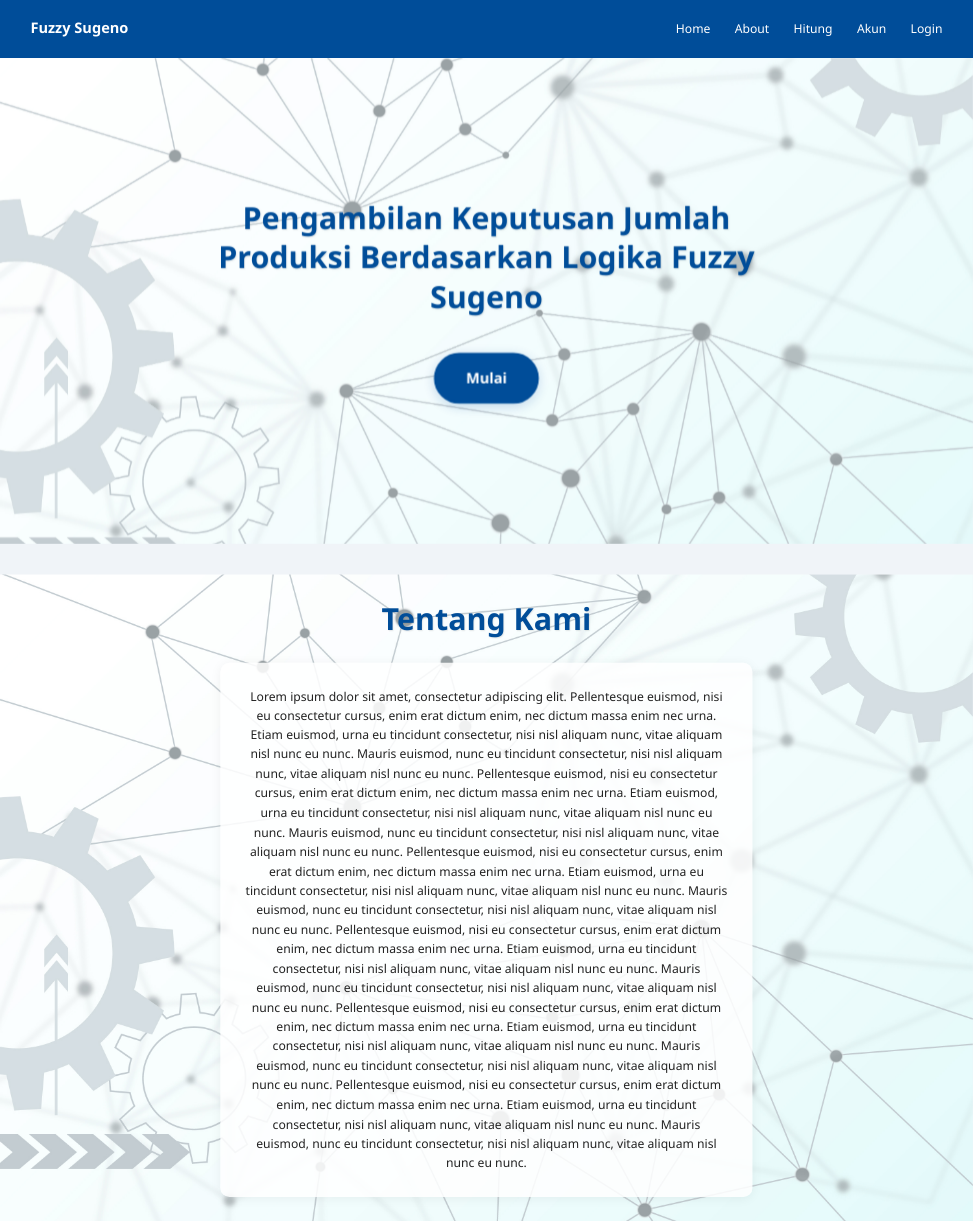
Repository: Senicccc/Defuzzy-Sugeno
Page: http://localhost/
The author's editor kept a copy of each file at every save. The page is drawn from the files as they stood at one save, then again after the next save.
The browser window is 1280 px wide. The pictures show the whole page, at 76% of full size.
The page is run by PHP 8.4 with error messages shown; the project is at /var/www/html/.

Above is the page before, as saved 2025-06-08 11:11:46.

### index.php
<!DOCTYPE html>
<html lang="id">

<head>
    <meta charset="UTF-8" />
    <meta name="viewport" content="width=device-width, initial-scale=1.0" />
    <title>Fuzzy Sugeno - Produksi</title>
    <link rel="icon" href="img/favicon.png" type="image/png">
    <link rel="stylesheet" href="css/index.css">
</head>

<body>

    <?php
    require_once 'php/header-index.php';
    ?>

    <section class="hero" style="background: url('img/menu-bg.jpg') center center/cover no-repeat;">
        <h1>Pengambilan Keputusan Jumlah Produksi Berdasarkan Logika Fuzzy Sugeno</h1>
        <a href="php/form.php" class="start-button">Mulai</a>
    </section>

    <section class="hero"
        style="background: url('img/menu-bg.jpg') center center/cover no-repeat; min-height:unset; margin-top:40px;">
        <h1>Tentang Kami</h1>
        <div
            style="max-width: 700px; margin: 0 auto; background: rgba(255,255,255,0.85); border-radius: 12px; padding: 2rem; color: #222; box-shadow: 0 2px 16px rgba(0,0,0,0.06);">
            <p>
                Lorem ipsum dolor sit amet, consectetur adipiscing elit. Pellentesque euismod, nisi eu consectetur
                cursus, enim erat dictum enim, nec dictum massa enim nec urna. Etiam euismod, urna eu tincidunt
                consectetur, nisi nisl aliquam nunc, vitae aliquam nisl nunc eu nunc. Mauris euismod, nunc eu tincidunt
                consectetur, nisi nisl aliquam nunc, vitae aliquam nisl nunc eu nunc. Pellentesque euismod, nisi eu
                consectetur cursus, enim erat dictum enim, nec dictum massa enim nec urna. Etiam euismod, urna eu
                tincidunt consectetur, nisi nisl aliquam nunc, vitae aliquam nisl nunc eu nunc. Mauris euismod, nunc eu
                tincidunt consectetur, nisi nisl aliquam nunc, vitae aliquam nisl nunc eu nunc. Pellentesque euismod,
                nisi eu consectetur cursus, enim erat dictum enim, nec dictum massa enim nec urna. Etiam euismod, urna
                eu tincidunt consectetur, nisi nisl aliquam nunc, vitae aliquam nisl nunc eu nunc. Mauris euismod, nunc
                eu tincidunt consectetur, nisi nisl aliquam nunc, vitae aliquam nisl nunc eu nunc. Pellentesque euismod,
                nisi eu consectetur cursus, enim erat dictum enim, nec dictum massa enim nec urna. Etiam euismod, urna
                eu tincidunt consectetur, nisi nisl aliquam nunc, vitae aliquam nisl nunc eu nunc. Mauris euismod, nunc
                eu tincidunt consectetur, nisi nisl aliquam nunc, vitae aliquam nisl nunc eu nunc. Pellentesque euismod,
                nisi eu consectetur cursus, enim erat dictum enim, nec dictum massa enim nec urna. Etiam euismod, urna
                eu tincidunt consectetur, nisi nisl aliquam nunc, vitae aliquam nisl nunc eu nunc. Mauris euismod, nunc
                eu tincidunt consectetur, nisi nisl aliquam nunc, vitae aliquam nisl nunc eu nunc. Pellentesque euismod,
                nisi eu consectetur cursus, enim erat dictum enim, nec dictum massa enim nec urna. Etiam euismod, urna
                eu tincidunt consectetur, nisi nisl aliquam nunc, vitae aliquam nisl nunc eu nunc. Mauris euismod, nunc
                eu tincidunt consectetur, nisi nisl aliquam nunc, vitae aliquam nisl nunc eu nunc.
            </p>
        </div>
    </section>

</body>

</html>

### php/header-index.php
<!DOCTYPE html>
<html lang="id">

<head>
    <meta charset="UTF-8" />
    <meta name="viewport" content="width=device-width, initial-scale=1.0" />
    <title>Fuzzy Sugeno - Produksi</title>
    <link rel="stylesheet" href="https://cdnjs.cloudflare.com/ajax/libs/font-awesome/6.0.0/css/all.min.css">

    <style>
    * {
        margin: 0;
        padding: 0;
        box-sizing: border-box;
        font-family: 'Segoe UI', Tahoma, Geneva, Verdana, sans-serif;
    }

    body {
        background: #f0f4f8;
        color: #333;
    }

    nav {
        background-color: #004d99;
        position: sticky;
        top: 0;
        z-index: 1000;
        padding: 1.4rem 2.4rem;
    }

    .nav-container {
        display: flex;
        justify-content: space-between;
        align-items: center;
        max-width: 1200px;
        margin: 0 auto;
        flex-wrap: wrap;
    }

    .logo {
        color: white;
        font-weight: 800;
        font-size: larger;
    }

    .nav-links {
        display: flex;
        gap: 2rem;
    }

    .nav-links a {
        text-decoration: none;
        color: white;
        font-weight: 500;
        font-size: 1rem;
        transition: color 0.3s;
    }

    .nav-links a:hover {
        color: #ffcc00;
    }

    .burger {
        display: none;
        font-size: 1.5rem;
        color: white;
        cursor: pointer;
        padding: 0.5rem;
    }

    @media (max-width: 768px) {
        .nav-links {
            display: none;
            flex-direction: column;
            background-color: #004d99;
            width: 100%;
            text-align: center;
            margin-top: 1rem;
            padding-bottom: 1rem;
            gap: 1rem;
            order: 1;
        }

        .nav-links.active {
            display: flex;
        }

        .burger {
            display: block;
            margin-left: auto;
            /* Memposisikan burger di kanan */
        }

        nav {
            padding: 0.75rem 1.5rem;
        }
    }
    </style>
</head>

<body>

    <nav>
        <div class="nav-container">
            <div class="logo">Fuzzy Sugeno</div>
            <div class="burger" id="burger"><i class="fas fa-bars"></i></div>
            <div class="nav-links" id="navLinks">
                <a href="index.php">Home</a>
                <a href="index.php#about">About</a>
                <a href="php/form.php">Hitung</a>
                <a href="php/account.php">Akun</a>
                <?php if (isset($_SESSION['user_id'])): ?>
                <a href="php/logout.php">Logout</a>
                <?php else: ?>
                <a href="php/login.php">Login</a>
                <?php endif; ?>
            </div>
        </div>
    </nav>

    <script>
    const burger = document.getElementById('burger');
    const navLinks = document.getElementById('navLinks');

    burger.addEventListener('click', () => {
        navLinks.classList.toggle('active');
    });
    </script>

</body>

</html>

### css/index.css

* {
    margin: 0;
    padding: 0;
    box-sizing: border-box;
    font-family: 'Segoe UI', Tahoma, Geneva, Verdana, sans-serif;
}

body {
    background: linear-gradient(135deg, #f0f4f8 0%, #dfe7ee 100%);
    color: #333;
    min-height: 100vh;
    line-height: 1.6;
}

/* Hero Section */
.hero {
    display: flex;
    flex-direction: column;
    justify-content: center;
    align-items: center;
    text-align: center;
    min-height: calc(100vh - 80px);
    padding: 2rem;
    background-image:
        radial-gradient(circle at 10% 20%, rgba(0, 77, 153, 0.05) 0%, transparent 20%),
        radial-gradient(circle at 90% 80%, rgba(0, 77, 153, 0.05) 0%, transparent 20%);
}

.hero h1 {
    font-size: 2.5rem;
    font-weight: 1000;
    color: #004d99;
    margin-bottom: 2rem;
    max-width: 800px;
    line-height: 1.3;
    text-shadow: 1px 1px 2px rgba(0,0,0,0.1);
}

.start-button {
    display: inline-block;
    background-color: #004d99;
    color: white;
    padding: 1rem 2.5rem;
    border-radius: 50px;
    text-decoration: none;
    font-weight: 600;
    font-size: 1.2rem;
    transition: all 0.3s ease;
    box-shadow: 0 4px 15px rgba(0, 77, 153, 0.2);
    border: 2px solid #004d99;
    margin-top: 1rem;
}

.start-button:hover {
    background-color: #ffcc00;
    color: #004d99;
    transform: translateY(-3px);
    box-shadow: 0 6px 20px rgba(0, 77, 153, 0.3);
}

.start-button:active {
    transform: translateY(1px);
}

/* Responsive Design */
@media (max-width: 768px) {
    .hero {
        padding: 1.5rem;
        min-height: calc(100vh - 60px);
    }

    .hero h1 {
        font-size: 1.8rem;
        margin-bottom: 1.5rem;
    }

    .start-button {
        padding: 0.8rem 2rem;
        font-size: 1rem;
    }
}

@media (max-width: 480px) {
    .hero h1 {
        font-size: 1.5rem;
    }

    .start-button {
        padding: 0.7rem 1.8rem;
    }
}

/* Animasi */
@keyframes fadeIn {
    from { opacity: 0; transform: translateY(20px); }
    to { opacity: 1; transform: translateY(0); }
}

.hero {
    animation: fadeIn 0.8s ease-out forwards;
}

.start-button {
    animation: fadeIn 1s ease-out 0.3s both;
}

After the next save:
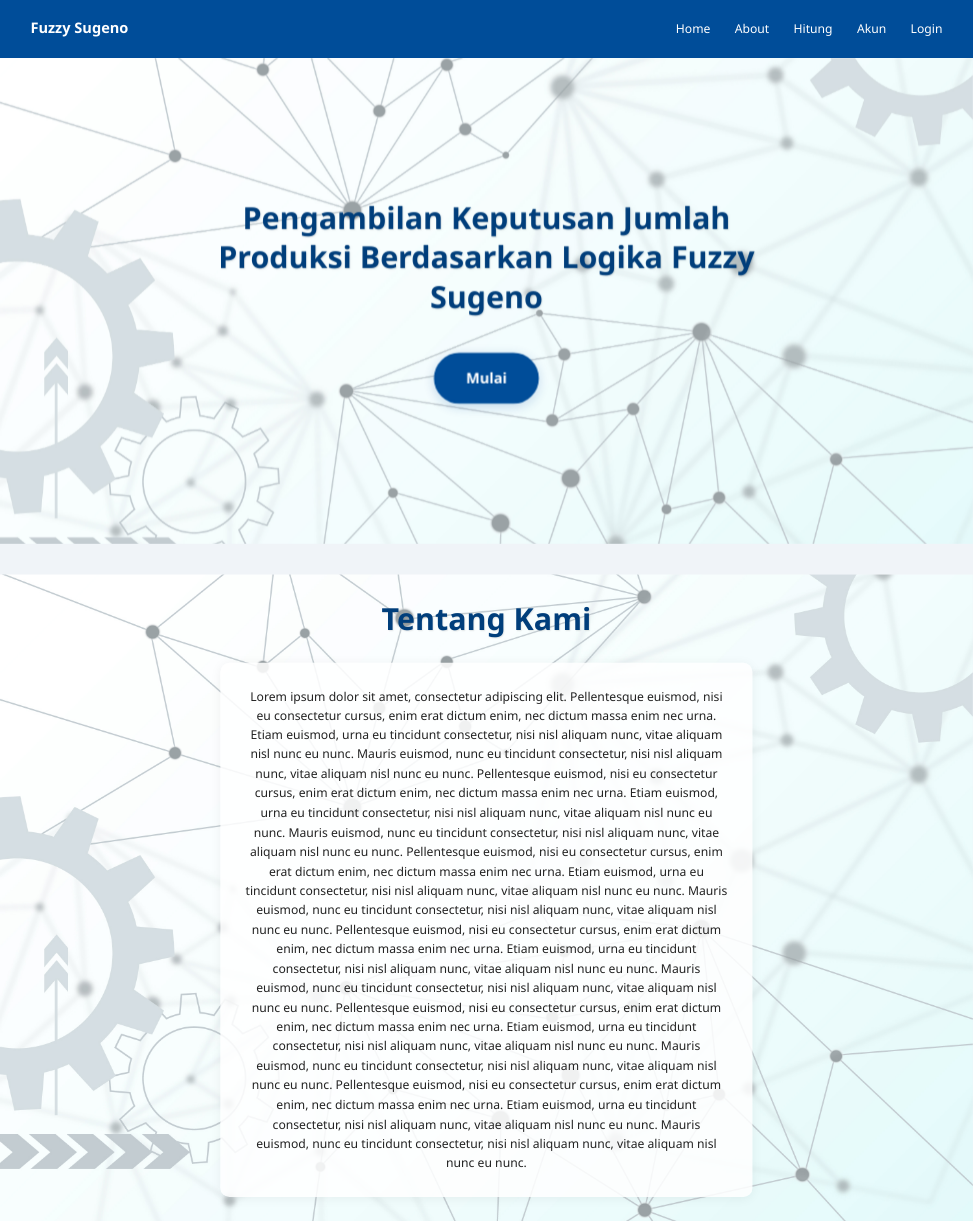
Saved 9 s later.
--- a/css/index.css
+++ b/css/index.css
@@ -30,7 +30,7 @@ body {
 .hero h1 {
     font-size: 2.5rem;
     font-weight: 1000;
-    color: #004d99;
+    color: #003e7b;
     margin-bottom: 2rem;
     max-width: 800px;
     line-height: 1.3;
